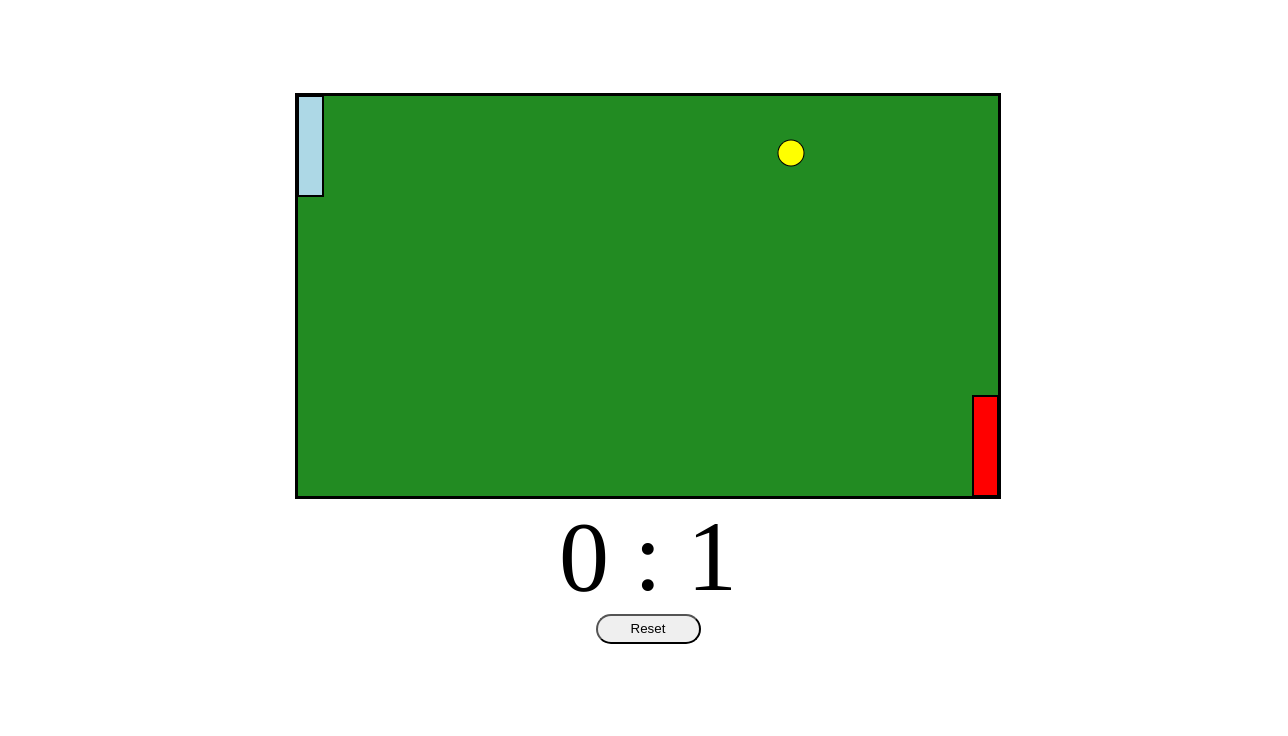
Repository: zacheys123/ping-pong
Page: index.html
The author's editor kept a copy of each file at every save. The page is drawn from the files as they stood at one save, then again after the next save.
The browser window is 1280 px wide. The page is 1288 px wide, so the pictures cover 1288 px, including what lies to the right of the window. The pictures show the whole page.

Above is the page before, as saved 2023-07-01 00:42:28.

### index.html
<html lang="en">
	<head>
		<meta charset="UTF-8" />
		<meta http-equiv="X-UA-Compatible" content="IE=edge" />
		<meta
			name="viewport"
			content="width=device-width, initial-scale=1.0"
		/>
		<title>Ping pong</title>
		<link rel="stylesheet" href="style.css" />
	</head>
	<body>
		<div id="gamecontainer">
			<canvas id="gameboard"></canvas>
			<div id="scoretext">0 : 0</div>
			<button id="resetbutton">Reset</button>
		</div>

		<script src="index.js"></script>
	</body>
</html>

### style.css
body {
	display: flex;
	justify-content: center;
	align-items: center;
	position: relative;
	width: 100vw;
	height: 100vh;
	overflow-y: hidden;
}
#gamecontainer {
	position: absolute;
	width: 100%;
	text-align: center;
}
#gameboard {
	border: 3px solid;
}
#scoretext {
	font-family: 'consolas' cursive;
	font-size: 100px;
}
#resetbutton {
	font-family: 'monospace' cursive;
	border-radius: 15px;
	cursor: pointer;
	width: 105px;
	height: 30px;
}

### index.js
const canvas = document.querySelector('#gameboard');
const ctx = canvas.getContext('2d');
const scoreText = document.querySelector('#scoretext');
canvas.width = 700;
canvas.height = 400;
const gamewidth = canvas.width;
const gameheight = canvas.height;
const resetbutton = document.querySelector('#resetbutton');
const paddle1color = 'lightblue';
const paddle2color = 'red';
const gameColor = 'forestgreen';
const paddleBorder = 'black';
const ballcolor = 'yellow';
const ballborder = 'black';
const ballradius = 12.5;
const paddlespeed = 50;

let intervalId = 0;
let ballspeed = 1;
let ballX = gamewidth / 2;
let ballY = gameheight / 2;
let ballXdirection = 0;
let ballYdirection = 0;
let player1score = 0;
let player2score = 0;
let paddle1 = { width: 25, height: 100, x: 0, y: 0 };
let paddle2 = {
	width: 25,
	height: 100,
	x: gamewidth - 25,
	y: gameheight - 100,
};

addEventListener('keydown', changeDirections, true);
resetbutton.addEventListener('click', reset, true);

gameStart();

function gameStart() {
	createBall();
	nextTick();
}
function nextTick() {
	intervalId = setTimeout(function () {
		clearBoard();
		drawPaddles();

		moveBall();
		drawBall(ballX, ballY);
		checkCollision();
		nextTick();
	}, 76);
}
function drawBall(ballX, ballY) {
	ctx.fillStyle = ballcolor;

	ctx.strokeStyle = ballborder;
	ctx.lineWidth = 2;
	ctx.beginPath();
	ctx.arc(ballX, ballY, ballradius, 0, 2 * Math.PI);
	ctx.stroke();
	ctx.fill();
}
function clearBoard() {
	ctx.fillStyle = gameColor;
	ctx.fillRect(0, 0, gamewidth, gameheight);
}
function changeDirections(event) {
	const keyPressed = event.keyCode;
	const paddle1Up = 87;
	const paddle1Down = 83;
	const paddle2Up = 38;
	const paddle2Down = 40;
	switch (keyPressed) {
		case paddle1Up:
			if (paddle1.y > 0) paddle1.y -= paddlespeed;
			break;
		case paddle1Down:
			if (paddle1.y + paddle1.height < gameheight)
				paddle1.y += paddlespeed;
			break;
		case paddle2Up:
			if (paddle2.y > 0) paddle2.y -= paddlespeed;
			break;
		case paddle2Down:
			if (paddle2.y + paddle2.height < gameheight)
				paddle2.y += paddlespeed;
			break;
	}
}
function createBall() {
	ballspeed = 11;
	if (Math.round(Math.random()) === 1) {
		ballXdirection = 1;
	} else {
		ballXdirection = -1;
	}
	if (Math.round(Math.random()) === 1) {
		ballYdirection = 1;
	} else {
		ballYdirection = -1;
	}
	ballX = gamewidth / 2;
	ballY = gameheight / 2;
	drawBall(ballX, ballY);
}
function moveBall() {
	ballX += ballspeed * ballXdirection;
	ballY += ballspeed * ballYdirection;
}
function checkCollision() {
	if (ballY - ballradius <= 0) {
		ballYdirection *= -1;
	}
	if (ballY + ballradius >= gameheight) {
		ballYdirection *= -1;
	}

	if (ballX <= 0) {
		player1score += 1;
		updateScore();
		createBall();
		return;
	}
	if (ballX >= gamewidth) {
		player2score += 1;
		updateScore();
		createBall();
		return;
	}
	if (ballX + ballradius <= paddle1.x + paddle1.width) {
		if (ballY > paddle1.y && ballY <= paddle1.y + paddle1.height) {
			ballXdirection *= -1;
			ballspeed += 1;
		}
	}
	if (ballX + ballradius <= paddle2.x + paddle2.width) {
		if (ballY <= paddle2.y + paddle2.height && ballY > paddle2.y) {
			ballXdirection *= -1;
			ballYdirection *= -1;
		}
	}
}
function drawPaddles() {
	ctx.strokeStyle = paddleBorder;
	ctx.fillStyle = paddle1color;
	ctx.fillRect(paddle1.x, paddle1.y, paddle1.width, paddle1.height);
	ctx.strokeRect(paddle1.x, paddle1.y, paddle1.width, paddle1.height);
	ctx.fillStyle = paddle2color;
	ctx.fillRect(paddle2.x, paddle2.y, paddle2.width, paddle2.height);
	ctx.strokeRect(paddle2.x, paddle2.y, paddle2.width, paddle2.height);
}
function updateScore() {
	scoreText.textContent = `${player2score} : ${player1score}`;
}
function reset() {}

After the next save:
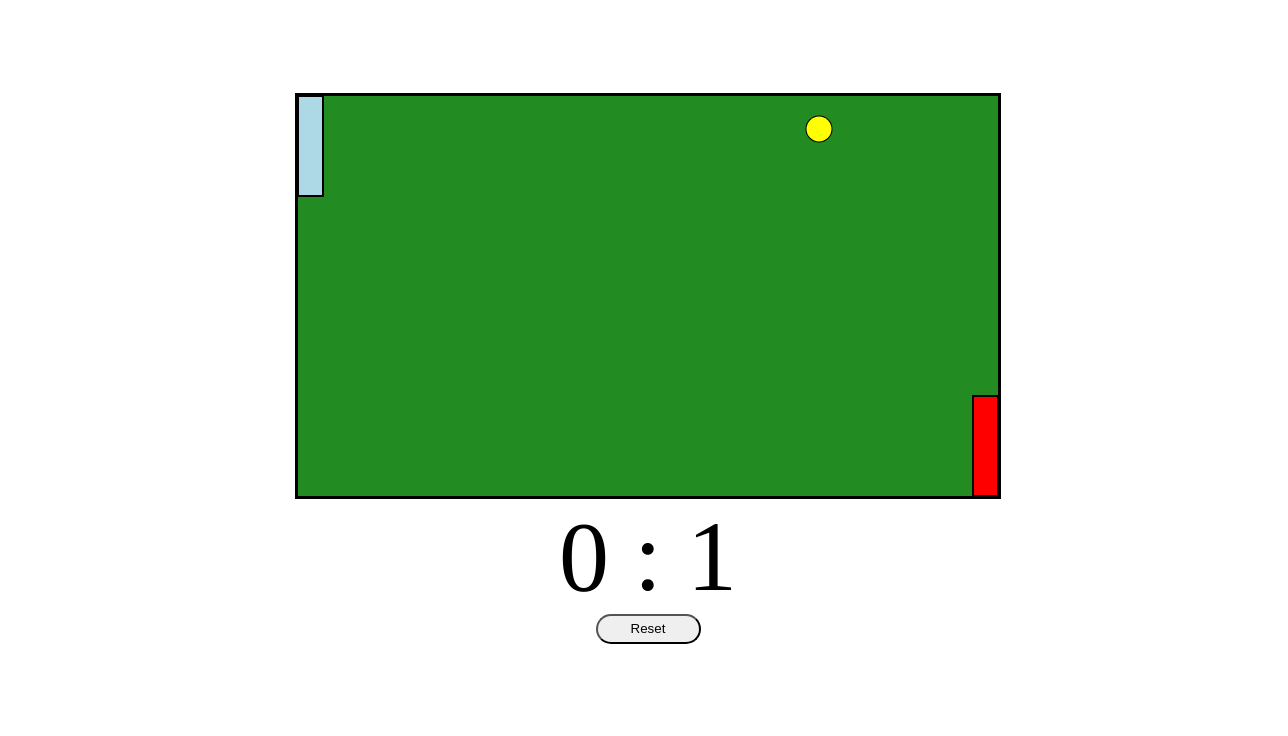
Saved 16 s later.
--- a/index.js
+++ b/index.js
@@ -135,9 +135,9 @@ function checkCollision() {
 		}
 	}
 	if (ballX + ballradius <= paddle2.x + paddle2.width) {
-		if (ballY <= paddle2.y + paddle2.height && ballY > paddle2.y) {
+		if (ballY > paddle2.y && ballY <= paddle2.y + paddle2.height) {
 			ballXdirection *= -1;
-			ballYdirection *= -1;
+			ballspeed += 1;
 		}
 	}
 }
